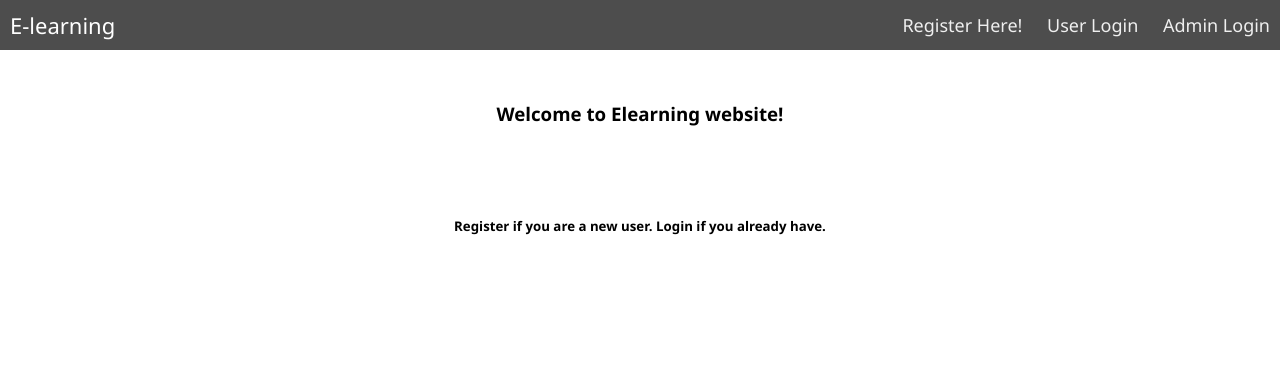
Repository: hemanthchallacs/learning_spring_boot
Page: http://localhost/welcome
The author's editor kept a copy of each file at every save. The page is drawn from the files as they stood at one save, then again after the next save.
The browser window is 1280 px wide. The pictures show the whole page.
The page is this project's Thymeleaf template; nobody is signed in. The template is opened directly, without the code that normally fills it, so the values that code supplies are empty.

Above is the page before, as saved 2021-07-12 17:47:07.

### ver1_elearning/src/main/resources/templates/welcome.html
<!DOCTYPE html>
<html xmlns:th="http://www.thymeleaf.org">
<head >
<meta charset="ISO-8859-1">
<title></title>
<style type="text/css">
* {
  box-sizing: border-box;
}

body {
  margin: 0px;
  font-family: 'segoe ui';
}

.nav {
  height: 50px;
  width: 100%;
  background-color: #4d4d4d;
  position: relative;
}

.nav > .nav-header {
  display: inline;
}

.nav > .nav-header > .nav-title {
  display: inline-block;
  font-size: 22px;
  color: #fff;
  padding: 10px 10px 10px 10px;
}

.nav > .nav-btn {
  display: none;
}

.nav > .nav-links {
  display: inline;
  float: right;
  font-size: 18px;
}

.nav > .nav-links > a {
  display: inline-block;
  padding: 13px 10px 13px 10px;
  text-decoration: none;
  color: #efefef;
}

.nav > .nav-links > a:hover {
  background-color: rgba(0, 0, 0, 0.3);
}

.nav > #nav-check {
  display: none;
}

@media (max-width:600px) {
  .nav > .nav-btn {
    display: inline-block;
    position: absolute;
    right: 0px;
    top: 0px;
  }
  .nav > .nav-btn > label {
    display: inline-block;
    width: 50px;
    height: 50px;
    padding: 13px;
  }
  .nav > .nav-btn > label:hover,.nav  #nav-check:checked ~ .nav-btn > label {
    background-color: rgba(0, 0, 0, 0.3);
  }
  .nav > .nav-btn > label > span {
    display: block;
    width: 25px;
    height: 10px;
    border-top: 2px solid #eee;
  }
  .nav > .nav-links {
    position: absolute;
    display: block;
    width: 100%;
    background-color: #333;
    height: 0px;
    transition: all 0.3s ease-in;
    overflow-y: hidden;
    top: 50px;
    left: 0px;
  }
  .nav > .nav-links > a {
    display: block;
    width: 100%;
  }
  .nav > #nav-check:not(:checked) ~ .nav-links {
    height: 0px;
  }
  .nav > #nav-check:checked ~ .nav-links {
    height: calc(100vh - 50px);
    overflow-y: auto;
  }
}

.alert {
  padding: 20px;
  background-color: green;
  color: white;
}

.closebtn {
  margin-left: 15px;
  color: white;
  font-weight: bold;
  float: right;
  font-size: 22px;
  line-height: 20px;
  cursor: pointer;
  transition: 0.3s;
}

.closebtn:hover {
  color: black;
}

</style>
</head>
<body>
<div class="nav">
  <input type="checkbox" id="nav-check">
  <div class="nav-header">
    <div class="nav-title">
      E-learning
    </div>
  </div>
  <div class="nav-btn">
    <label for="nav-check">
      <span></span>
      <span></span>
      <span></span>
    </label>
  </div>

  <div class="nav-links">
   <a th:href=@{/RegistrationForm}>Register Here!</a>
	<a th:href=@{/login}>User Login</a>
	<a th:href=@{/adminlogin}>Admin Login</a>

  </div>
</div>



<div class="flash"> <h2 style="float:right" th:text="${message}"></h2></div>

<div style={height:100}></div>
<div style = "text-align: center;
vertical-align: middle;
line-height: 90px;    ">
<h3>Welcome to Elearning website!</h3>
<h5>Register if you are a new user. Login if you already have.</h5>
</div>


</body>
</html>

After the next save:
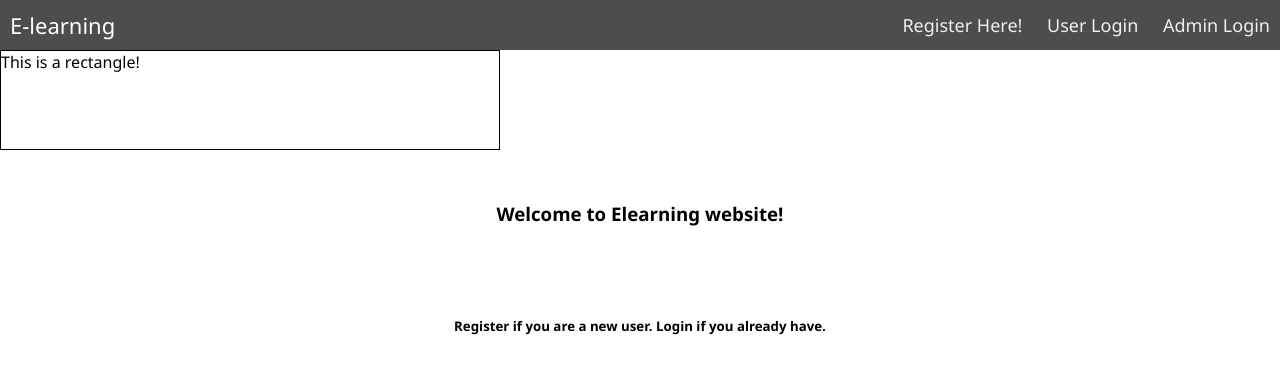
Saved 62 s later.
--- a/ver1_elearning/src/main/resources/templates/welcome.html
+++ b/ver1_elearning/src/main/resources/templates/welcome.html
@@ -153,7 +153,7 @@ body {
 
 <div class="flash"> <h2 style="float:right" th:text="${message}"></h2></div>
 
-<div style={height:100}></div>
+<div style="width:500px;height:100px;border:1px solid #000;">This is a rectangle!</div>
 <div style = "text-align: center;
 vertical-align: middle;
 line-height: 90px;    ">
